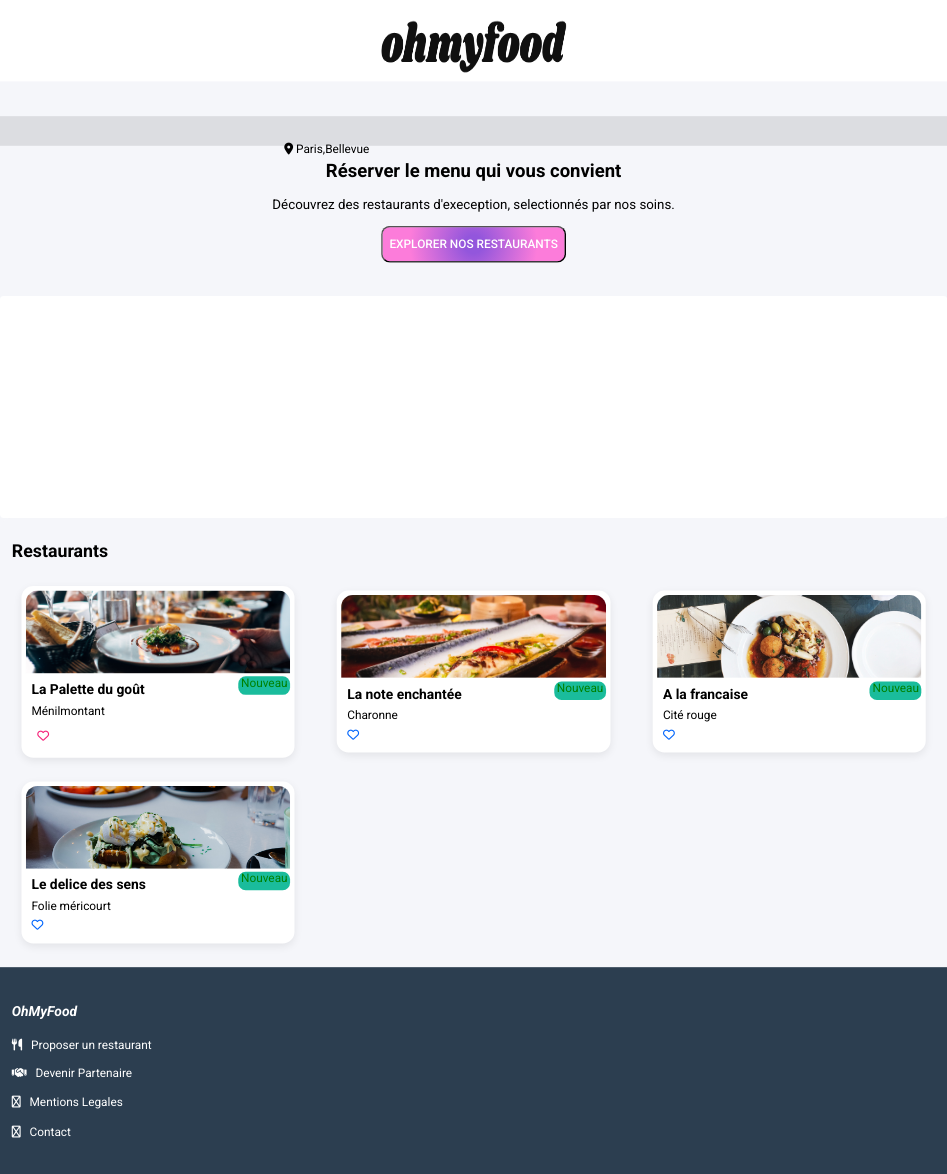
Repository: ultraasedev/ohmyfood
Page: index.html
An editor plug-in stored every save of this project. The page is shown before and after the next save, followed by the edit.
The browser window is 1280 px wide. The pictures show the whole page, at 74% of full size.
Some web fonts or font styles are not loaded; a fallback is used. Some web libraries are served in a nearby version.

Above is the page before, as saved 2022-10-27 18:30:14.

### index.html
<!doctype html>
<html lang="fr">
    <head>
        <meta charset="UTF-8">
        <meta name="viewport" content="width=device-width,minimum-scale=1,initial-scale=1,maximum-scale=2">

      <title>Ohmyfood!  - Home</title>
       <meta name="description" content="Ohmyfood! est une entreprise de commande de repas en ligne. Notre concept permet aux
       utilisateurs de composer leur propre menu et réduire leur temps d’attente dans les
       restaurants car leur menu est préparé à l’avance. Plus de perte de temps à consulter la carte"/>
       <meta property="og:site_name" content="Ohmyfood!  - est une entreprise de commande de repas en ligne. Notre concept permet aux
       utilisateurs de composer leur propre menu et réduire leur temps d’attente dans les
       restaurants car leur menu est préparé à l’avance. Plus de perte de temps à consulter la carte" />
       <meta property="og:description" content="est une entreprise de commande de repas en ligne. Notre concept permet aux
       utilisateurs de composer leur propre menu et réduire leur temps d’attente dans les
       restaurants car leur menu est préparé à l’avance. Plus de perte de temps à consulter la carte" />




       <link type="text/css" rel="stylesheet" href="css/normalize.css"/>
       <link type="text/css" rel="stylesheet" href="css/all.min.css"/>
       <link type="text/css" rel="stylesheet" href="css/fontawesome.min.css"/>
       <link rel="preconnect" href="https://fonts.googleapis.com">
        <link rel="preconnect" href="https://fonts.gstatic.com" crossorigin>
       <link href="https://fonts.googleapis.com/css2?family=Roboto:ital,wght@0,100;0,300;0,400;0,500;0,700;0,900;1,100;1,300;1,400;1,500;1,700;1,900&family=Shrikhand&display=swap" rel="stylesheet">
       <script   src="https://kit.fontawesome.com/f132f25ed3.js" crossorigin="anonymous"></script>

       <link type="text/css" rel="stylesheet" href="css/style.css" />



       </head>

       <body>
<!--Nav + Logo-->
   <div class="nav">
    <div class="logo">
      <img src="images/logo/ohmyfood.png" alt="Ohmyfood !" class="logo"/>
    </div>
   </div>


<!--Header-->
<header>
  <!--Location-->
 <div class="location">
  <div class="villeloca"><p><i class="fa-sharp fa-solid fa-location-dot"></i> Paris,Bellevue</p></div>
</div>

  <div class="head-cont">
    <h2>Réserver le menu qui vous convient</h2>
    <p>Découvrez des restaurants d'exeception, selectionnés par nos soins.</p>

    <button class="btn-nav">
      Explorer nos restaurants
    </button>
  </div>
</header>

<!--Fonctionnement-->
<section class="cont-fonc">


</section>
<!--Fonctionnement-->

<!--Restau 1-->
<section class="cont-art">
  <h2>Restaurants</h2>

  <!-- Card 1 -->
              <article class="resto-card">
                <a href="#">
                  <img
                    src="./images/restaurants/jay-wennington-N_Y88TWmGwA-unsplash.jpg"
                    alt="Photo de l'hébergement"
                  />
                  <div class="new">Nouveau</div>
                  <h3>La Palette du goût</h3>
                  <p>Ménilmontant</p>
                  <div class="stars">
                    <i class="fa-regular fa-heart active"></i>
                  </div>
                </a>
              </article>


               <!-- Card 2 -->
               <article class="resto-card">
                <a href="#">
                  <img
                    src="./images/restaurants/louis-hansel-shotsoflouis-qNBGVyOCY8Q-unsplash.jpg"
                    alt="Photo de l'hébergement"
                  />
                  <div class="new">Nouveau</div>
                  <h3>La note enchantée</h3>
                  <p>Charonne</p>
                  <div class="stars">
                    <i class="fa-regular fa-heart"></i>

                  </div>
                </a>
              </article>

               <!-- Card 3 -->
               <article class="resto-card">
                <a href="#">
                  <img
                    src="./images/restaurants/stil-u2Lp8tXIcjw-unsplash.jpg"
                    alt="Photo de l'hébergement"
                  />
                  <div class="new">Nouveau</div>
                  <h3>A la francaise</h3>
                  <p>Cité rouge</p>
                  <div class="stars">
                    <i class="fa-regular fa-heart"></i>
                  </div>
                </a>
              </article>

               <!-- Card 4 -->
               <article class="resto-card">
                <a href="#">
                  <img
                    src="./images/restaurants/toa-heftiba-DQKerTsQwi0-unsplash.jpg"
                    alt="Photo de l'hébergement"
                  />
                  <div class="new">Nouveau</div>
                  <h3>Le delice des sens</h3>
                  <p>Folie méricourt</p>
                  <div class="stars">
                    <i class="fa-regular fa-heart"></i>
                  </div>
                </a>
              </article>




</section>

<!--FOOTER-->
<footer>
  <div class="container-footer">
    <div class="card-footer">
      <h3 style="font-family: 'Roboto';font-weight: 700;font-style: italic;">OhMyFood</h3>
      <!--<img src="images/logo/ohmyfood.png" alt="Ohmyfood !" height="20px" width="80px" style="margin-bottom: 10px;"/>-->
      <a href="#"><i class="fa-solid fa-utensils"></i>&nbsp;&nbsp;&nbsp;Proposer un restaurant</a>
      <a href="#"><i class="fa-solid fa-handshake"></i>&nbsp;&nbsp;&nbsp;Devenir Partenaire</a>
      <a href="#"><i class="fa-regular fa-circle-info"></i>&nbsp;&nbsp;&nbsp;Mentions Legales</a>
      <a href="#"><i class="fa-regular fa-phone"></i>&nbsp;&nbsp;&nbsp;Contact</a>

    </div>

</footer>

### css/style.css
*{
    box-sizing: border-box;
    font-family: var(--fontall);
    max-width: 1380px;

}
:root{

  /*Font*/
  --fontall: 'Roboto', sans-serif;
  --fontlg: 'Shrikhand' , cursive;

  /*color*/
  --primary: #9356DC;
  --secon: #FF79DA;
  --tert: #99E2D0;

  --greybg: #f5f6fa;

}


body{
    background-color:  var(--greybg);
    font-family: var(--fontall);
}

/* Nav*/
.nav{
  display: flex;
  height: 130px;
  width: 100%;
  background-color: #fff;
  align-items: center;
  align-content: center;
  text-align: center;
  margin-bottom: 10px;
}
/*Logo*/
.logo{
  position: relative;
  align-items: center;
  align-content: center;
  text-align: center;
  margin-right: auto;
  margin-left: auto;
}
.logo img{
  height: 70px;
  width: 250px;
}
/*Header*/
header{
  position: absolute;
  height: 300px;
  width: 100%;
  background-color: #f5f6fa;
  align-items: center;
  align-content: center;
  text-align: center;
  margin-top: -30px;
}
/*Location*/
.location{
  position: flex;
  background-color: #dcdde1;
  height: 40px;
  margin-top: -8px;
  align-items: center;
  align-content: center;
  text-align: center;
}
.location .villeloca{
  position: absolute;
  align-items: center;
  align-content: center;
  text-align: center;
  left: 30%;
}

/*Head-Cont*/

.head-cont h2{
  font-size: 25px;
  font-weight: bold;

}
.head-cont p{
  font-size: 18px;
  font-weight: 400;

}
/*Btn-nav*/
.btn-nav{
  align-items: center;
  align-content: center;
  text-transform: uppercase;
  transition: 0.5s;
  background: rgb(147,86,220);
  background: radial-gradient(circle, rgba(147,86,220,1) 10%, rgba(252,124,218,1) 69%);
  z-index: -1;
  transition: transform 400ms ease-in;
  color: #fff;
  width: 250px;
  height: 50px;
  overflow: hidden;
  text-decoration: none;
  border-radius: 12px;
 font-weight: 500;

}
/*Fonctionnement*/
.cont-fonc{
  position: relative;
  background-color: #fff;
  height: 300px;
  margin-top: 270px;
  border-radius: 5px;
}


/* Content Article */
.cont-art{
  background-color: #f5f6fa;
  padding: 32px 16px;
  border-radius: 16px;
  display: grid;
  grid-template-columns: repeat(3, 1fr);
  gap: 32px;
  left: 10px;
}
.cont-art h2 {
  grid-column: 1/-1;
  margin: 0;
}
.cont-art .resto-card{
  background: white;
  padding: 6px;
  border-radius: 16px;
  margin: auto;
  box-shadow: rgba(0, 0, 0, 0.08) 0px 4px 12px;
  transition: 0.2s;
  width: calc(100% - 25px);
}
.cont-art .resto-card .new{
  background-color: #1abc9c;
  color: green;
  height: 25px;
  width: 70px;
  text-align: center;
  justify-content: center;
  align-items: center;
  border-radius: 10px;
  float: right;
  margin-bottom: 20px;
}
.cont-art .resto-card img {
  border-radius: 16px 16px 0 0;
  height: 112px;
  object-fit: cover;
  width: 100%;
}
.cont-art .resto-card a {
  text-decoration: none;
  color: inherit;
}

.cont-art .resto-card h3 {
  margin: 8px 8px 8px;
}

.cont-art .resto-card p {
  margin: 8px 8px 8px;
}

.cont-art .resto-card .stars {
  margin: 8px 8px 8px;
  color: #0065fc;
}
.cont-art .resto-card .stars .active{
  margin: 8px 8px 8px;
  color: #f52179;
}

/*FOOTER*/
footer {
  background-color: #2c3e50;
  padding: 32px 16px;
  color: #fff;
}
.container-footer {
  display: flex;
  max-width: 1330px;
  margin: auto;
  font-family: "Raleway", sans-serif;
  gap: 16px;
}
.card-footer {
  display: flex;
  flex-direction: column;
  min-width: 30%;
}

.card-footer a {
  margin-top: 5px;
  margin-bottom: 16px;
  text-decoration: none;
  color: inherit;
}

.card-footer a:hover {
  text-decoration: underline !important;
}

Loaded but not shown: css/normalize.css (library); css/all.min.css (library); css/fontawesome.min.css (library)

After the next save:
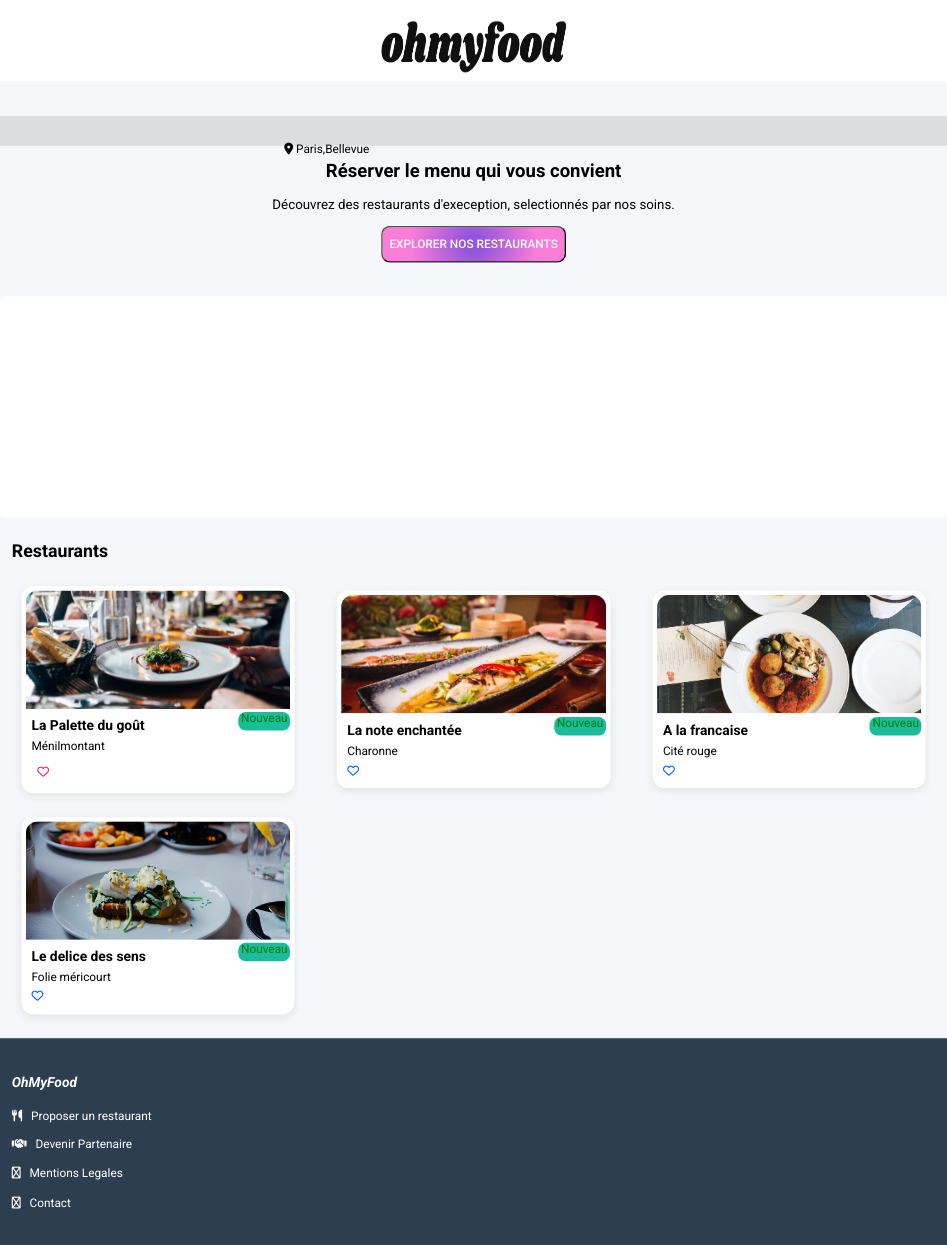
Saved 12 s later.
--- a/css/style.css
+++ b/css/style.css
@@ -156,7 +156,7 @@ header{
 }
 .cont-art .resto-card img {
   border-radius: 16px 16px 0 0;
-  height: 112px;
+  height: 160px;
   object-fit: cover;
   width: 100%;
 }
